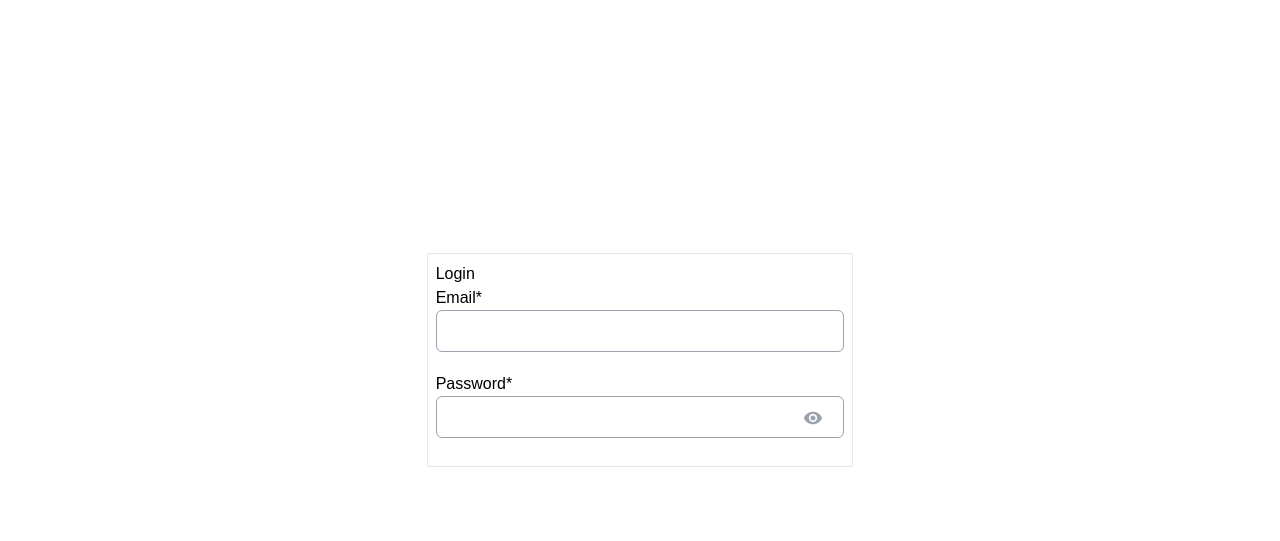
Repository: Qu4ntumGuy/support-ai
Page: /auth (app in frontend/)
An editor plug-in stored every save of this project. The page is shown before and after the next save, followed by the edit.
The browser window is 1280 px wide. The pictures show the whole page.
The project was rebuilt for these pictures with package versions that can differ from the ones it lists, and the page was loaded fresh each time.

Above is the page before, as saved 2024-07-13 18:43:08.

### frontend/src/index.css
@tailwind base;
@tailwind components;
@tailwind utilities;

@import url("https://fonts.googleapis.com/css2?family=Poppins:ital,wght@0,100;0,200;0,300;0,400;0,500;0,600;0,700;0,800;0,900;1,100;1,200;1,300;1,400;1,500;1,600;1,700;1,800;1,900&display=swap");

:root {
  font-family: "Poppins", sans-serif;
  color-scheme: light;
}

### frontend/src/App.js
import React, { Suspense } from "react";
import { Route, Routes } from "react-router-dom";
import { BrowserRouter } from "react-router-dom";

const Home = React.lazy(() => import("./Pages/Home/Home"));
const Auth = React.lazy(() => import("./Pages/Auth/Auth"));

function App() {
  return (
    <>
      <BrowserRouter>
        <Suspense fallback={<div>Loading...</div>}>
          <Routes>
            <Route path="/" exact element={<Home />} />
            <Route path="/auth" exact element={<Auth />} />
          </Routes>
        </Suspense>
      </BrowserRouter>
    </>
  );
}

export default App;

### frontend/src/Pages/Auth/Auth.js
import React from "react";
import { Link } from "react-router-dom";
import VisibilityIcon from "@mui/icons-material/Visibility";
import VisibilityOffIcon from "@mui/icons-material/VisibilityOff";

function Auth() {
  const [email, setEmail] = React.useState("");
  const [password, setPass] = React.useState("");
  const [showPassword, setShowPassword] = React.useState(false);
  const [loading, setLoading] = React.useState(false);

  const loginHandler = async (e) => {
    e.preventDefault();
    setLoading(true);
    const res = await fetch("http://localhost:8000/api/login", {
      method: "POST",
      headers: {
        "Content-Type": "application/json",
      },
      body: JSON.stringify({ email, password }),
    });
    const data = await res.json();
    console.log(data);
    setLoading(false);
  };

  return (
    <div className="flex h-screen justify-center items-center">
      <div className="border border-gray-200 p-2 w-full m-5 xl:w-1/3 2xl:w-1/4">
        <div>Login</div>
        <div>
          <form>
            <div>
              <label>Email*</label>
              <input
                type="text"
                className=" hover:border-gray-500 border bg-inherit focus:outline-none  border-gray-400 w-full p-[2%] rounded-md mb-5"
                name="email"
                required
                onChange={(e) => setEmail(e.target.value)}
                value={email}
              />
            </div>
            <div>
              <label>Password*</label>
              <div className="flex border hover:border-gray-500 focus:outline-none  border-gray-400 w-full p-[2%] rounded-md mb-5 ">
                <input
                  type={showPassword ? "text" : "password"}
                  className="focus:outline-none w-11/12 bg-inherit"
                  name="password"
                  required
                  onChange={(e) => setPass(e.target.value)}
                  value={password}
                />
                <div
                  onClick={() => setShowPassword(!showPassword)}
                  className="w-1/12 cursor-pointer text-gray-400"
                >
                  {showPassword ? (
                    <VisibilityOffIcon fontSize="small" />
                  ) : (
                    <VisibilityIcon fontSize="small" />
                  )}
                </div>
              </div>
            </div>
          </form>
        </div>
      </div>
    </div>
  );
}

export default Auth;

Loaded but not shown: frontend/public/index.html (common file); frontend/src/index.js (common file); frontend/src/reportWebVitals.js (common file); frontend/tailwind.config.js (common file)

After the next save:
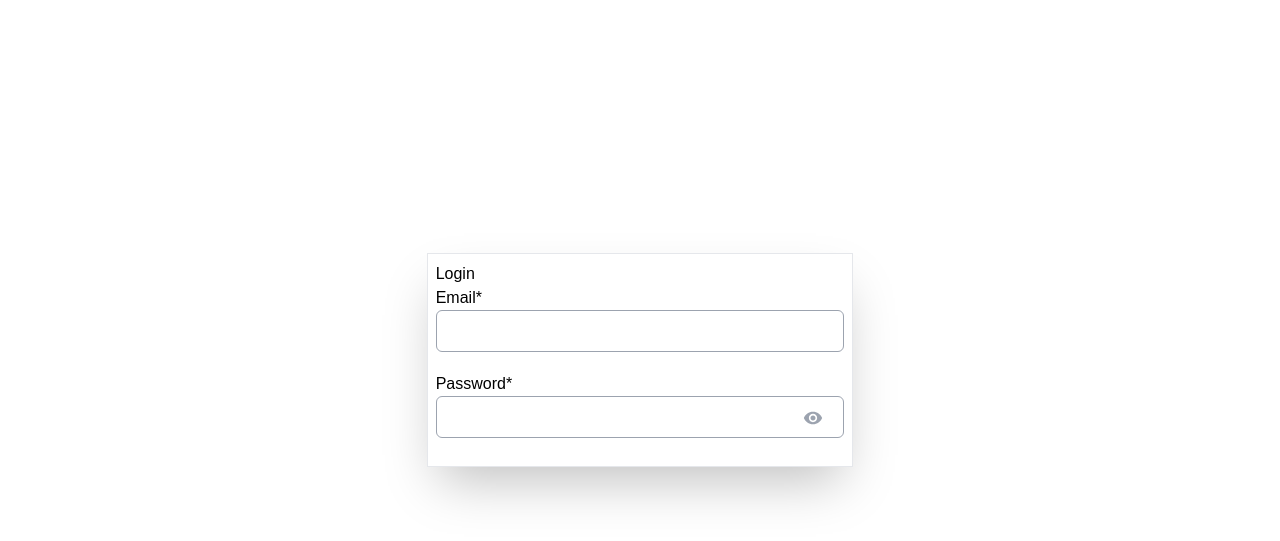
Saved 16 s later.
--- a/frontend/src/Pages/Auth/Auth.js
+++ b/frontend/src/Pages/Auth/Auth.js
@@ -26,7 +26,7 @@ function Auth() {
 
   return (
     <div className="flex h-screen justify-center items-center">
-      <div className="border border-gray-200 p-2 w-full m-5 xl:w-1/3 2xl:w-1/4">
+      <div className="border border-gray-200 p-2 w-full m-5 shadow-2xl xl:w-1/3 2xl:w-1/4">
         <div>Login</div>
         <div>
           <form>
